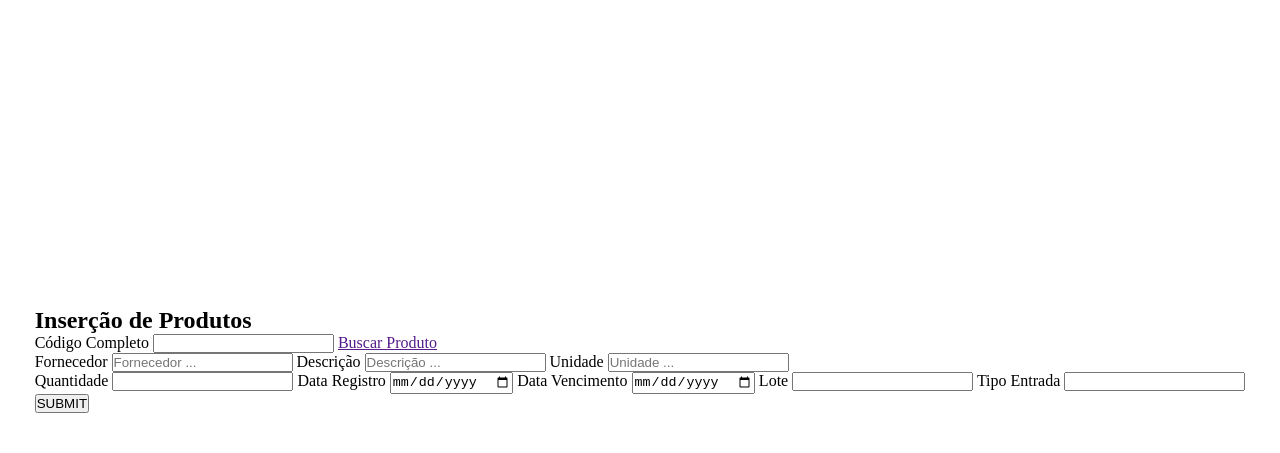
Repository: RobertoAntunes35/controle-estoque
Page: backend/templates/index.html
An editor plug-in stored every save of this project. The page is shown before and after the next save, followed by the edit.
The browser window is 1280 px wide. The pictures show the whole page.
The template is drawn by Flask 3. The application's start-up code is not run. Other server files are loaded and not shown. The template is opened directly, without the code that normally fills it, so the values that code supplies are empty.

Above is the page before, as saved 2023-05-27 11:34:34.

### backend/templates/index.html
<!DOCTYPE html>
<html lang="en">
<head>
    <meta charset="UTF-8">
    <meta http-equiv="X-UA-Compatible" content="IE=edge">
    <meta name="viewport" content="width=device-width, initial-scale=1.0">
    <title>Document</title>

    <link rel="stylesheet" href="{{ url_for('static', filename='index.css') }}">

</head>
<body>
    <div class="container">
        <form action="" method="GET">
            <h2>Inserção de Produtos</h2>
            <div class="search-product">
                <label for="busca-produto">Código Completo</label>
                <input type="number" id="busca-produto" name="busca-produto" value="">
                <a href="">Buscar Produto</a>
            </div>
            <div class="values-find">
                <label for="">Fornecedor
                <input type="text" id="fornecedor-find" name="fornecedor-find" placeholder="Fornecedor ...">
                </label>

                <label for="">Descrição
                    <input type="text" id="descricao-find" name="descricao-find" placeholder="Descrição ...">
                </label>

                <label for="">Unidade
                    <input type="text" id="unidade-find" name="unidade-find" placeholder="Unidade ...">
                </label>
            </div>
            <div class="choices-values">
                <label for="">Quantidade
                    <input type="number">
                </label>

                <label for="">Data Registro
                    <input type="date">
                </label>

                <label for="">Data Vencimento
                    <input type="date">
                </label>

                <label for="">Lote
                    <input type="text">
                </label>

                <label for="">Tipo Entrada
                    <input type="text">
                </label>
            </div>
            <div class="buttons">
                <input type="submit" id="submit-form" name="submit-form" value="SUBMIT">
            </div>
        </form>
    </div>
</body>
</html>

### backend/static/index.css
* {
    margin: 0 auto;
    padding: 0;
    box-sizing: border-box;
}

.container {
    display: flex;
    align-items: center;
    justify-content: center;

    width: 100vw;
    height: 100vh;
}

After the next save:
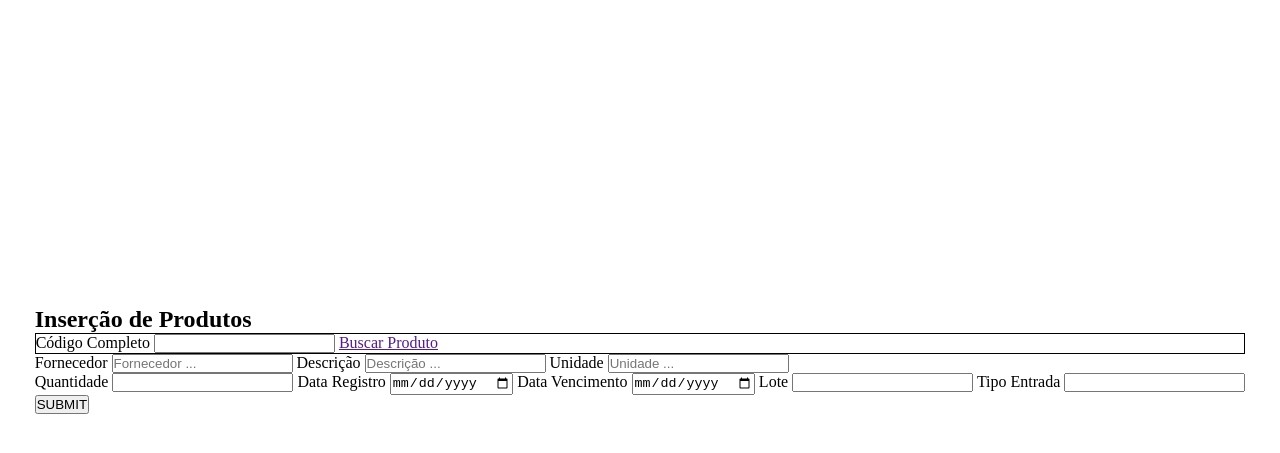
Saved 54 s later.
--- a/backend/static/index.css
+++ b/backend/static/index.css
@@ -12,3 +12,14 @@
     width: 100vw;
     height: 100vh;
 }
+
+.search-product{
+    border: 1px solid;
+}
+.values-find{
+
+}
+
+.choices-values{
+
+}
